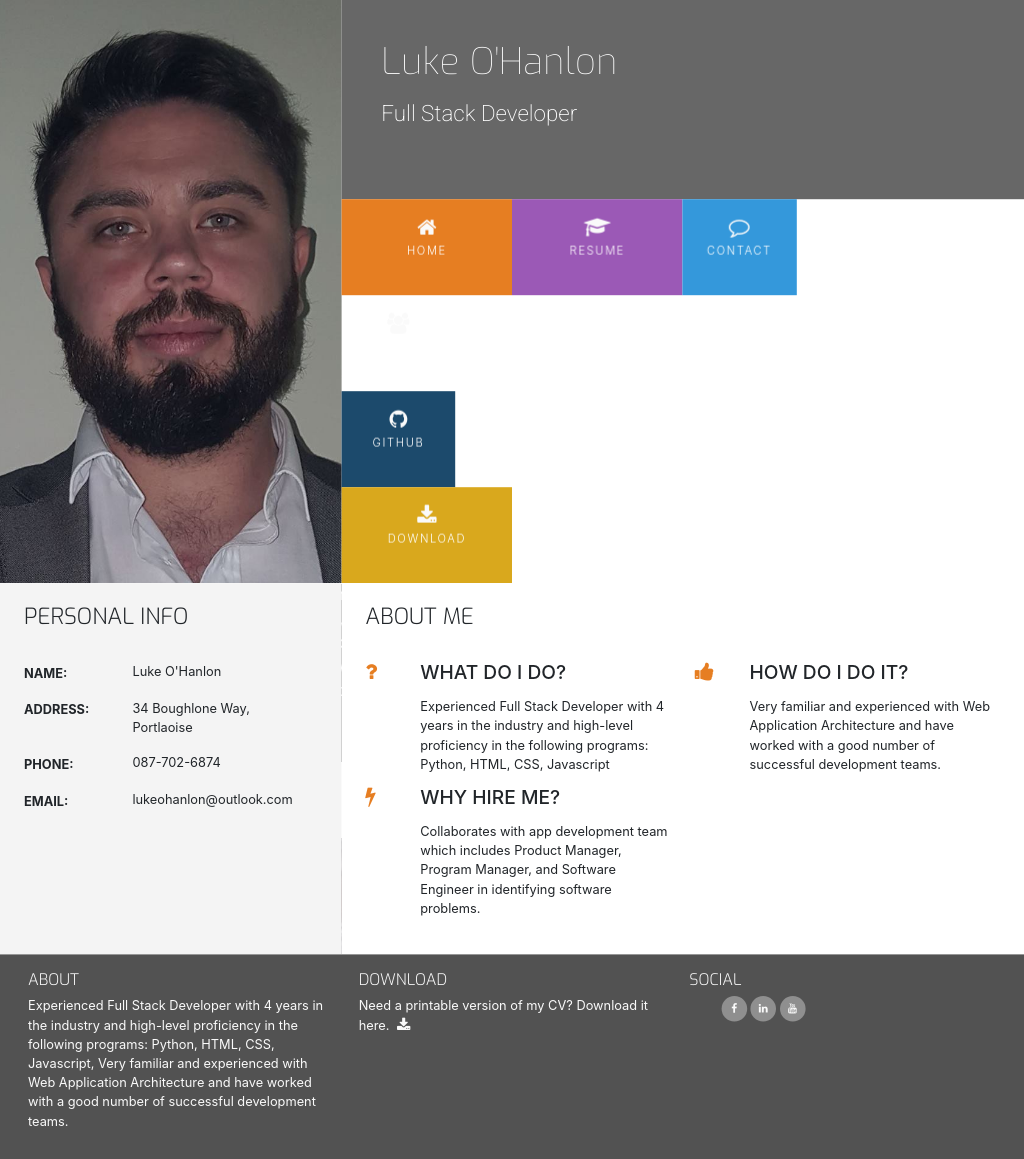
Repository: luke0han/my-resume
Page: index.html
The author's editor kept a record of every edit. The page is drawn from the files as they stood at one moment, then again after the next edit.
The browser window is 1280 px wide. The pictures show the whole page, at 80% of full size.

Above is the page before.

After the next edit:
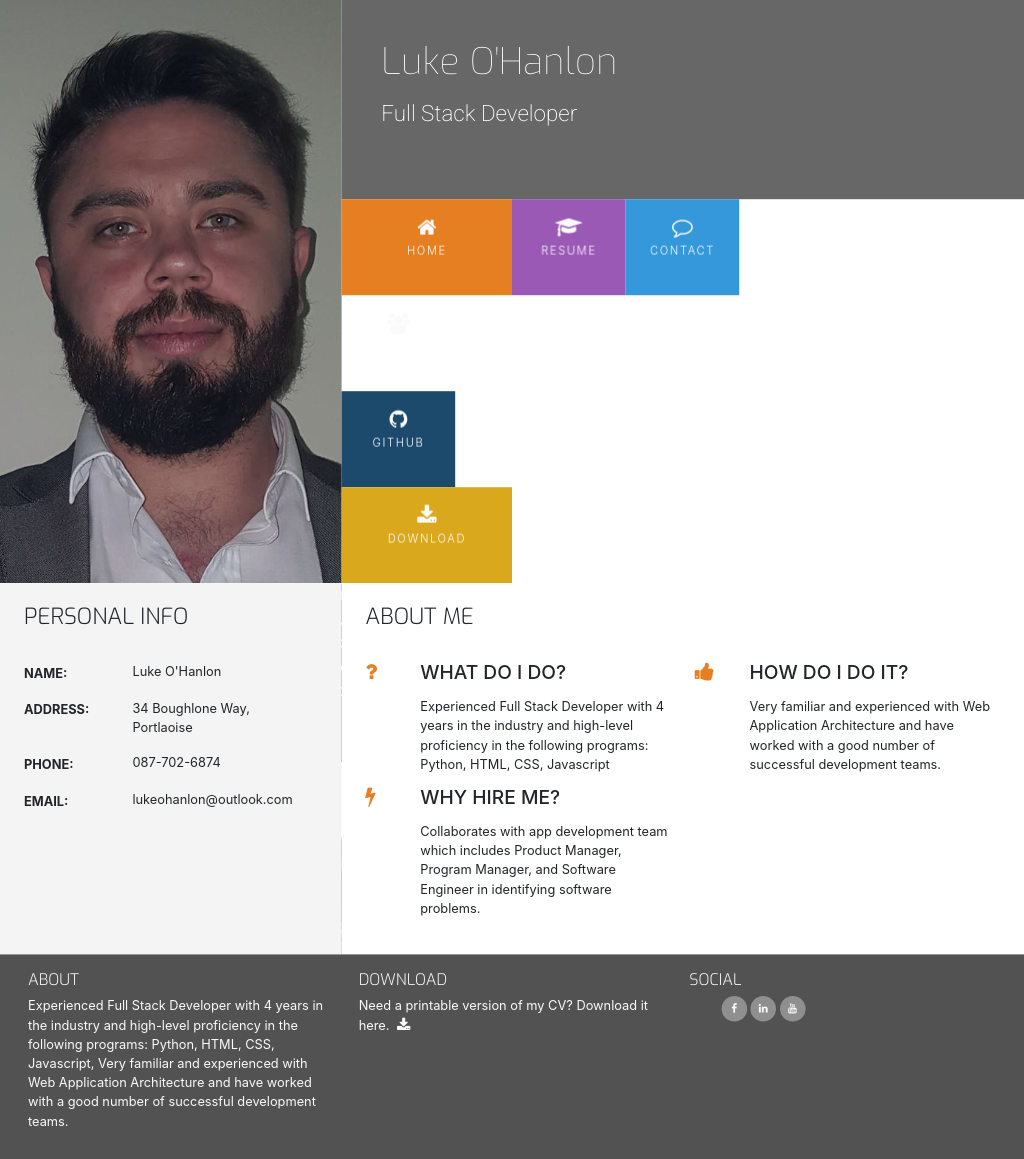
The edit:
--- a/index.html
+++ b/index.html
@@ -32,7 +32,7 @@
                             <li class="col-6 col-sm-3 ui-menu-color-home list-inline-item menuitem">
                                 <a href="index.html" class="hvr-sweep-to-bottom"><i class="fa fa-home" aria-hidden="true"></i><span>Home</span></a>
                             </li>
-                            <li class="col-6 col-sm-3 ui-menu-color-resume list-inline-item menuitem">
+                            <li class="col-6 col-sm-2 ui-menu-color-resume list-inline-item menuitem">
                                 <a href="resume.html" class="hvr-sweep-to-bottom"><i class="fa fa-graduation-cap" aria-hidden="true"></i><span>Resume</span></a>
                             </li>
                             <li class="col-6 col-sm-2 ui-menu-color-contact list-inline-item menuitem">
